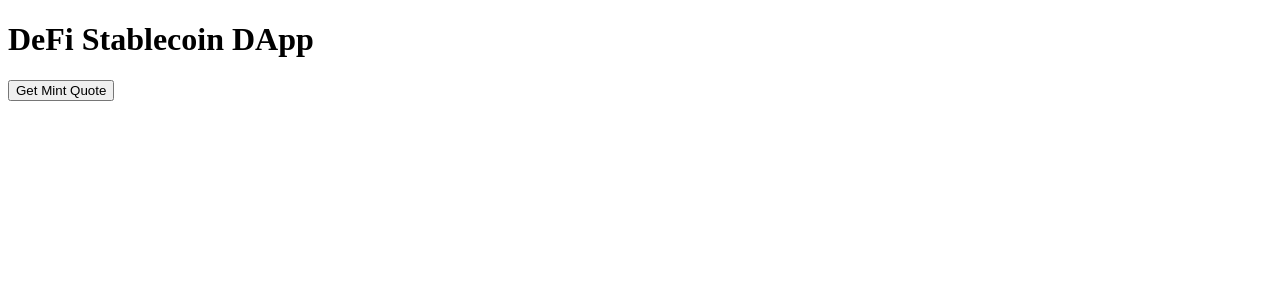
Repository: hariom2509/personal-projects
Page: / (app in frontend/)
The author's editor kept a copy of each file at every save. The page is drawn from the files as they stood at one save, then again after the next save.
The browser window is 1280 px wide. The pictures show the whole page.
The project was rebuilt for these pictures with package versions that can differ from the ones it lists, and the page was loaded fresh each time.

Above is the page before, as saved 2025-09-05 03:07:36.

### frontend/public/index.html
<!doctype html>
<html>
  <head>
    <meta charset="utf-8" />
    <title>DeFi Stablecoin Demo</title>
  </head>
  <body>
    <div id="root"></div>
    <script src="/static/js/bundle.js"></script>
  </body>
</html>

### frontend/src/App.js
import React, { useState } from "react";

function App() {
  const [quote, setQuote] = useState(null);

  const getMintQuote = async () => {
    const res = await fetch("/api/mint_quote", {
      method: "POST",
      headers: { "Content-Type": "application/json" }
    });
    const data = await res.json();
    setQuote(data);
  };

  return (
    <div className="App">
      <h1>DeFi Stablecoin DApp</h1>
      <button onClick={getMintQuote}>Get Mint Quote</button>

      {quote && (
        <div style={{ marginTop: "20px", textAlign: "left" }}>
          <h3>Mint Quote</h3>
          <p>Collateral: {quote.collateral}</p>
          <p>Amount: {quote.amount} {quote.collateral}</p>
          <p>Mintable uUSD: {quote.mintable_uUSD}</p>
          <p>Price: ${quote.price}</p>
          <p>Time: {quote.timestamp}</p>
        </div>
      )}
    </div>
  );
}

export default App;

Loaded but not shown: frontend/src/index.js (common file)

After the next save:
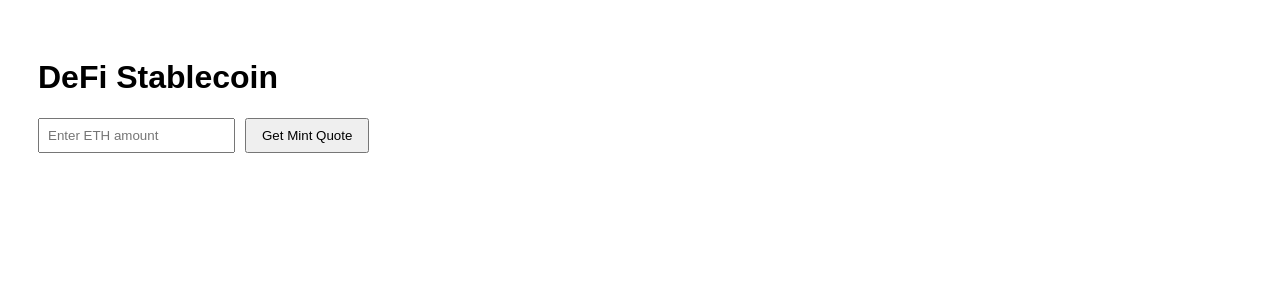
Saved 3 min 9 s later.
--- a/frontend/src/App.js
+++ b/frontend/src/App.js
@@ -1,30 +1,48 @@
 import React, { useState } from "react";
 
 function App() {
+  const [ethAmount, setEthAmount] = useState("");
   const [quote, setQuote] = useState(null);
 
   const getMintQuote = async () => {
-    const res = await fetch("/api/mint_quote", {
-      method: "POST",
-      headers: { "Content-Type": "application/json" }
-    });
-    const data = await res.json();
-    setQuote(data);
+    try {
+      const res = await fetch("http://localhost:8000/api/mint_quote", {
+        method: "POST",
+        headers: { "Content-Type": "application/json" },
+        body: JSON.stringify({ eth_amount: parseFloat(ethAmount) || 0 }),
+      });
+
+      const data = await res.json();
+      setQuote(data);
+    } catch (err) {
+      console.error("Error fetching mint quote:", err);
+    }
   };
 
   return (
-    <div className="App">
-      <h1>DeFi Stablecoin DApp</h1>
-      <button onClick={getMintQuote}>Get Mint Quote</button>
+    <div style={{ padding: "30px", fontFamily: "Arial" }}>
+      <h1>DeFi Stablecoin</h1>
+
+      <div>
+        <input
+          type="number"
+          value={ethAmount}
+          onChange={(e) => setEthAmount(e.target.value)}
+          placeholder="Enter ETH amount"
+          style={{ padding: "8px", marginRight: "10px" }}
+        />
+        <button onClick={getMintQuote} style={{ padding: "8px 15px" }}>
+          Get Mint Quote
+        </button>
+      </div>
 
       {quote && (
-        <div style={{ marginTop: "20px", textAlign: "left" }}>
-          <h3>Mint Quote</h3>
+        <div style={{ marginTop: "20px" }}>
+          <h2>Mint Quote Result</h2>
           <p>Collateral: {quote.collateral}</p>
-          <p>Amount: {quote.amount} {quote.collateral}</p>
           <p>Mintable uUSD: {quote.mintable_uUSD}</p>
           <p>Price: ${quote.price}</p>
-          <p>Time: {quote.timestamp}</p>
+          <p>Timestamp: {quote.timestamp}</p>
         </div>
       )}
     </div>
